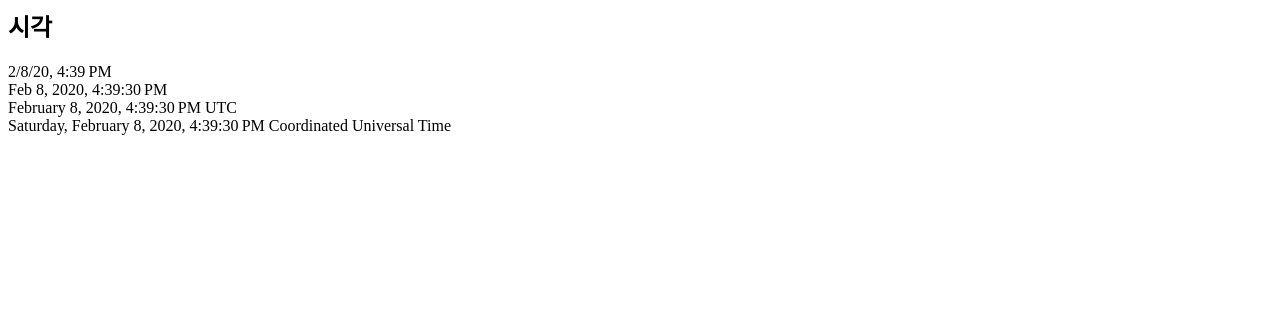
Repository: yejin-yun/server_script_game
Page: http://localhost/JstlPro/format.jsp
An editor plug-in stored every save of this project. The page is shown before and after the next save, followed by the edit.
The browser window is 1280 px wide. The pictures show the whole page.
The page is served by Tomcat 9.

Above is the page before, as saved 2020-02-09 07:40:48.

After the next save:
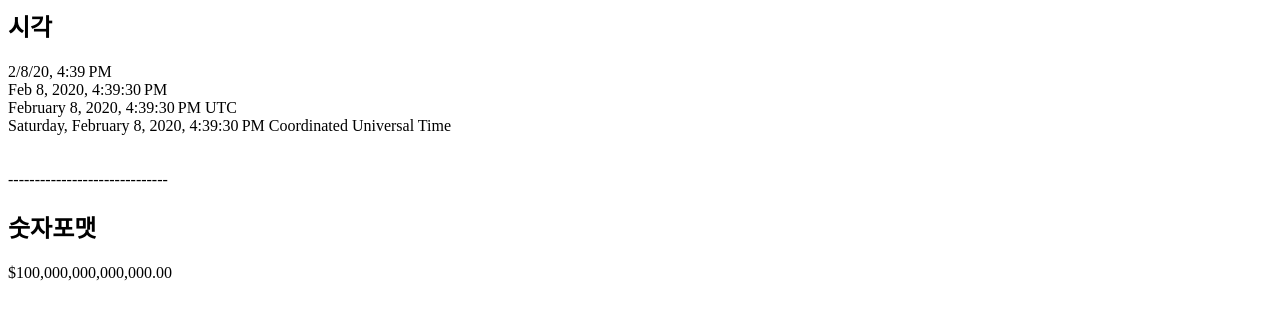
Saved 4 min 32 s later.
--- a/Servlet_JSP/JstlPro/WebContent/format.jsp
+++ b/Servlet_JSP/JstlPro/WebContent/format.jsp
@@ -15,5 +15,11 @@
 	timeStyle="long"/><br>
 <fmt:formatDate value="${date }" type="both" dateStyle="full"
 	timeStyle="full"/><br>
+<br>
+<br>
+------------------------------
+<br>
+<h2>숫자포맷</h2>
+<fmt:formatNumber value="100000000000000" type="currency"></fmt:formatNumber>
 </body>
 </html>
